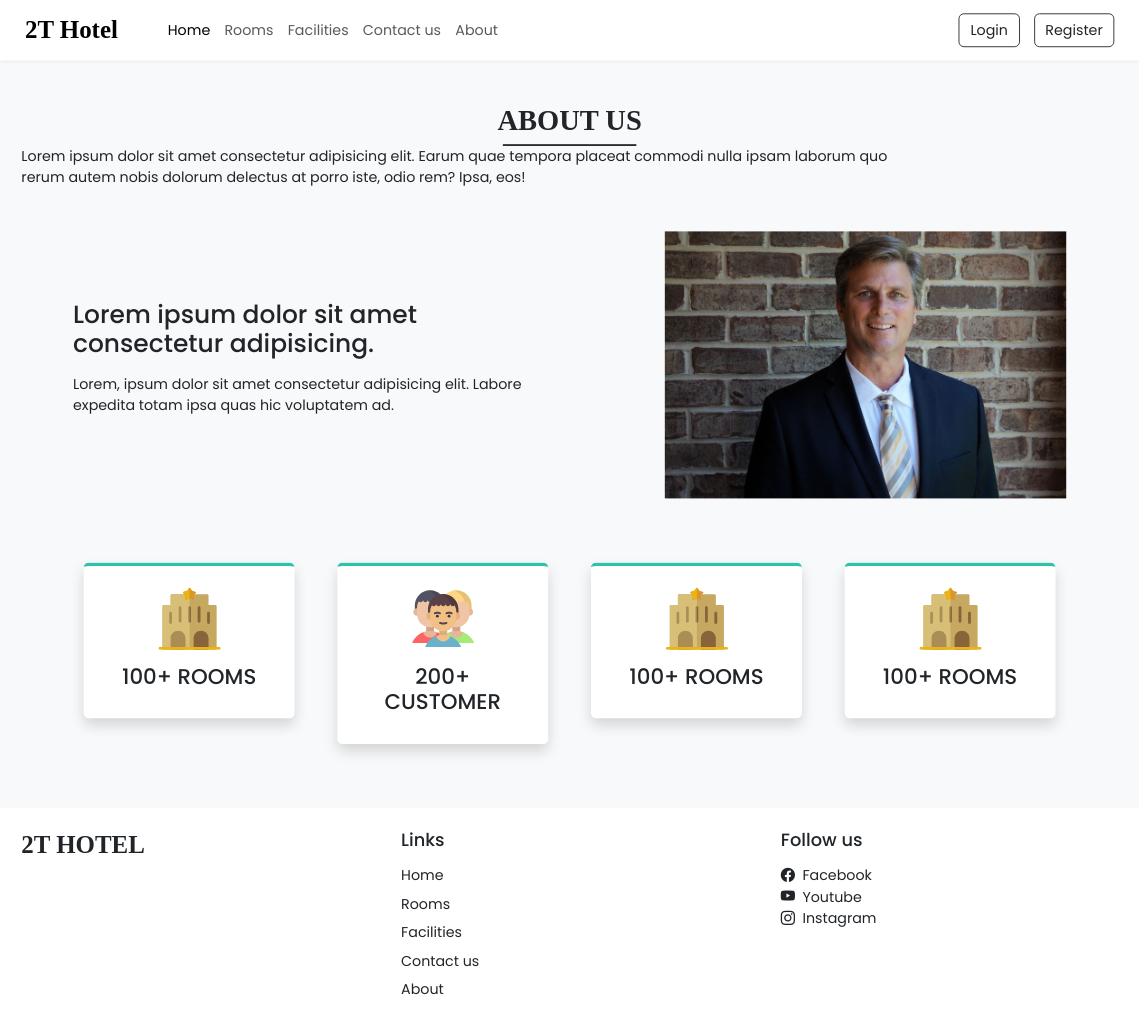
Repository: ntruong0906/desktop-tutorial
Page: http://localhost/about.php
An editor plug-in stored every save of this project. The page is shown before and after the next save, followed by the edit.
The browser window is 1280 px wide. The pictures show the whole page, at 89% of full size.
Some web fonts or font styles are not loaded; a fallback is used. The page is run by PHP 8.4 with error messages shown; the project is at /var/www/html/.

Above is the page before, as saved 2024-03-19 00:25:32.

After the next save:
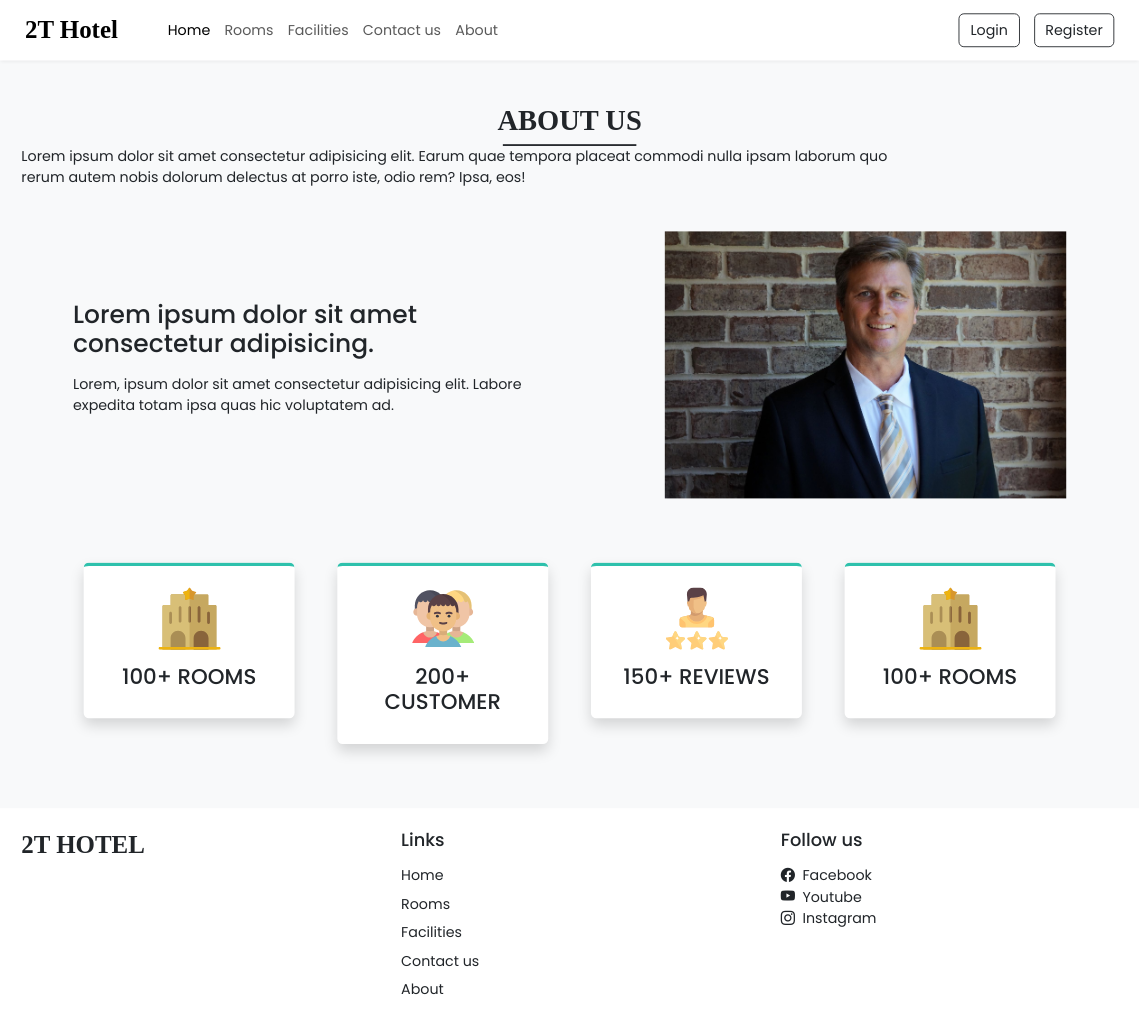
Saved 48 s later.
--- a/WebsiteBookingHotel/about.php
+++ b/WebsiteBookingHotel/about.php
@@ -66,8 +66,8 @@
             </div>
             <div class="col-lg-3 col-md-6 mb-4 px-4">
                 <div class="bg-white rounded shadow p-4 border-top border-4 text-center box">
-                    <img src="images/about/hotel.svg" width="70px">
-                    <h4 class="mt-3">100+ ROOMS</h4>
+                    <img src="images/about/rating.svg" width="70px">
+                    <h4 class="mt-3">150+ REVIEWS</h4>
                 </div>
             </div>
             <div class="col-lg-3 col-md-6 mb-4 px-4">
